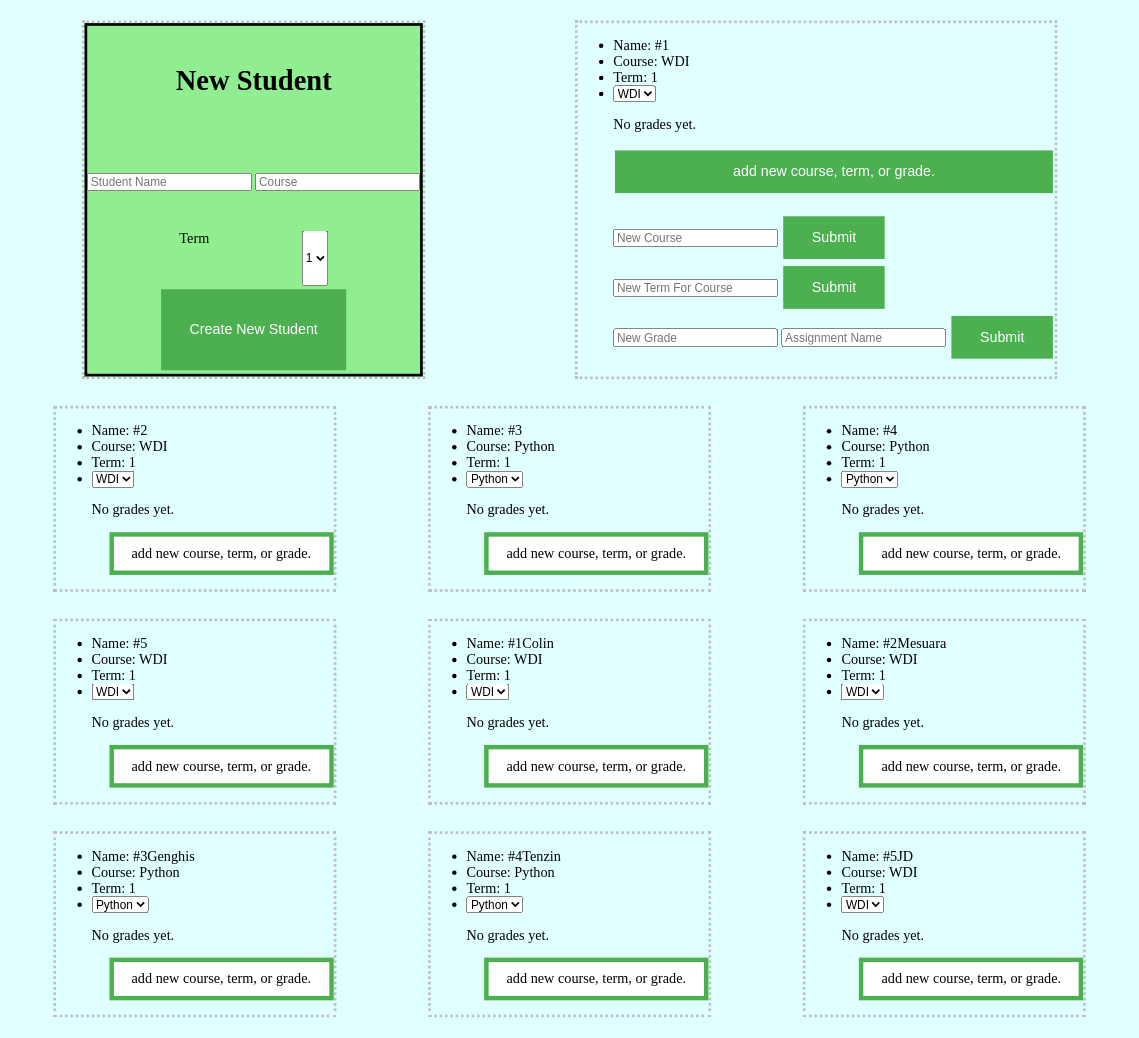
Repository: EdmontDantes/graderaide-fullstack-solution
Page: index.html
These files come from the project's save history. The page is drawn as it stood at one moment and after the next save; the edit follows.
The browser window is 1280 px wide. The pictures show the whole page, at 89% of full size.

Above is the page before, as saved 2020-04-22 11:59:03.
Console error: TypeError: Cannot read properties of null (reading 'addEventListener')

### index.html
<html lang="en">
  <head>
    <title>Graderaide</title>
    <meta charset="UTF-8">
    <meta name="viewport" content="width=device-width, initial-scale=1">
    <link rel="stylesheet" type="text/css" href="style-index.css">
  </head>

  <body>
    <section class="app">
      <section class="student-display">

      <section class="new-student-input">
        <h1 id="text-h1-creation-section">New Student</h1>

        <div id="new-student-input-boxes">
          <!-- <label for="new-student-name">Student Name</label> -->
          <input id="new-student-name-input-box"type="text" class="new-student-name" name="new-student-name" placeholder="Student Name">
          <!-- <label for="new-student-course">Course</label> -->
          <input id="new-student-course-input-box" type="text" class="new-student-course" name="new-student-course" placeholder="Course">
        </div>

        <div id="new-student-input-options"
          <label for="new-student-term">Term</label>
          <select class="new-student-term" name="new-student-term">
            <option value="1">1</option>
            <option value="2">2</option>
            <option value="3">3</option>
          </select>
        </div>
        <section class="new-student-submit">
          <button type="submit" class="new-student-button">Create New Student</button>
        </section>
      </section>
    </section>

      <section class="student-display" id="student-1">
        <ul class="student-info">
          <li>Name: #1</li>
          <li>Course: WDI</li>
          <li>Term: 1</li>
          <li>
            <select class="course-selection">
              <option value="wdi">WDI</option>
            </select>
            <p>No grades yet.</p>
          </li>
          <button type="button" id="show-hide-add-input student-1">add new course, term, or grade.</button>
          <br>
          <div id="data-grades-input student-1">
            <section>
              <!-- <label for="new-course">New Course:</label> -->
              <input type="text" name="new-course" class="new-course" placeholder="New Course">
              <button type="submit" class="submit-new-course">Submit</button>
            </section>
            <section>
              <!-- <label for="new-term">New Term For Course:</label> -->
              <input type="text" name="new-term" class="new-term" placeholder="New Term For Course">
              <button type="submit" class="submit-new-term">Submit</button>
            </section>
            <section>
              <!-- <label for="new-grade">New Grade:</label> -->
              <input type="text" name="new-grade" class="new-grade" placeholder="New Grade">
              <!-- <label for="new-grade-assignment">Assignment Name:</label> -->
              <input type="text" name="new-grade-assignment" class="new-grade-assignment" placeholder="Assignment Name">
              <button type="submit" class="submit-new-grade-assignment">Submit</button>
            </section>
          </div>
        </ul>
      </section>
      <section class="student-display">
        <ul class="student-info">
          <li>Name: #2</li>
          <li>Course: WDI</li>
          <li>Term: 1</li>
          <li>
            <select class="course-selection">
              <option value="wdi">WDI</option>
            </select>
            <p>No grades yet.</p>
          </li><a href="add.html">add new course, term, or grade.</a>
        </ul>
      </section>

      <section class="student-display">
        <ul class="student-info">
          <li>Name: #3</li>
          <li>Course: Python</li>
          <li>Term: 1</li>
          <li>
            <select class="course-selection">
              <option value="python">Python</option>
            </select>
            <p>No grades yet.</p>
          </li><a href="add.html">add new course, term, or grade.</a>
        </ul>
      </section>

      <section class="student-display">
        <ul class="student-info">
          <li>Name: #4</li>
          <li>Course: Python</li>
          <li>Term: 1</li>
          <li>
            <select class="course-selection">
              <option value="python">Python</option>
            </select>
            <p>No grades yet.</p>
          </li><a href="add.html">add new course, term, or grade.</a>
        </ul>
      </section>

      <section class="student-display">
        <ul class="student-info">
          <li>Name: #5</li>
          <li>Course: WDI</li>
          <li>Term: 1</li>
          <li>
            <select class="course-selection">
              <option value="wdi">WDI</option>
            </select>
            <p>No grades yet.</p>
          </li><a href="add.html">add new course, term, or grade.</a>
        </ul>
      </section>

      <section class="student-display">
        <ul class="student-info">
          <li>Name: #1Colin</li>
          <li>Course: WDI</li>
          <li>Term: 1</li>
          <li>
            <select class="course-selection">
              <option value="wdi">WDI</option>
            </select>
            <p>No grades yet.</p>
          </li><a href="add.html">add new course, term, or grade.</a>
        </ul>
      </section>
      <section class="student-display">
        <ul class="student-info">
          <li>Name: #2Mesuara</li>
          <li>Course: WDI</li>
          <li>Term: 1</li>
          <li>
            <select class="course-selection">
              <option value="wdi">WDI</option>
            </select>
            <p>No grades yet.</p>
          </li><a href="add.html">add new course, term, or grade.</a>
        </ul>
      </section>

      <section class="student-display">
        <ul class="student-info">
          <li>Name: #3Genghis</li>
          <li>Course: Python</li>
          <li>Term: 1</li>
          <li>
            <select class="course-selection">
              <option value="python">Python</option>
            </select>
            <p>No grades yet.</p>
          </li><a href="add.html">add new course, term, or grade.</a>
        </ul>
      </section>

      <section class="student-display">
        <ul class="student-info">
          <li>Name: #4Tenzin</li>
          <li>Course: Python</li>
          <li>Term: 1</li>
          <li>
            <select class="course-selection">
              <option value="python">Python</option>
            </select>
            <p>No grades yet.</p>
          </li><a href="add.html">add new course, term, or grade.</a>
        </ul>
      </section>

      <section class="student-display">
        <ul class="student-info">
          <li>Name: #5JD</li>
          <li>Course: WDI</li>
          <li>Term: 1</li>
          <li>
            <select class="course-selection">
              <option value="wdi">WDI</option>
            </select>
            <p>No grades yet.</p>
          </li><a href="add.html">add new course, term, or grade.</a>
        </ul>
      </section>
      </section>
    </section>
    <script src="main.js"></script>
  </body>
</html>

### style-index.css
body {
    background-color: lightcyan;
    display: flex;
    flex-wrap: wrap;
    justify-content: center;
}

.app {
    display: flex;
    flex-direction: row;
    flex-wrap: wrap;
    justify-content: space-around;
}

#text-h1-creation-section {
    display: flex;
    flex-wrap: wrap;
    justify-content: center;
    font-size: 2em;
}

#new-student-input-options {
    display: flex;
    flex-wrap: wrap;
    flex-direction: row;
    justify-content: space-evenly;
}

.new-student-submit {
    display: flex;
    flex-wrap: wrap;
    justify-content: center;
}

.new-student-input {
    display: grid;

    background-color: lightgreen;
    border: 3px solid black;

}
button {
    background-color: #4CAF50;
    border: none;
    color: white;
    padding: 15px 32px;
    text-align: center;
    text-decoration: none;
    display: inline-block;
    font-size: 16px;
    margin: 4px 2px;
    cursor: pointer;
}

.student-display {
    display: flex;
    justify-content: space-around;
    border: 3px dotted #BFC0C0;
    margin: 15px;
}

.student-info {
    display: flex;
    flex-direction: column;
    justify-content: space-evenly;
}

a {
    background-color: white;
    color: black;
    border: 5px solid #4CAF50;
    padding: 10px 20px;
    text-align: center;
    text-decoration: none;
    display: inline-block;
    font-size: 16px;
    margin-left: 20px;
}

### main.js
/******************
 * YOUR CODE HERE *
 ******************/

const Grade = (assignment, score) => {
    return {
        assignment,
        score,
    }
}

const Term = () => {
    return {
    grades: [],

    addGrade: function(assignment, score) {
        const grade = Grade(assignment, score);
        this.grades.push(grade);
    },
    }
}

const Course = (name) => {
    return {
    name,
    terms: [Term()],

    addTerm: function() {
        const term = Term();
        this.terms.push(term);
    }
    }
}

const Student = (name, course, term = 1) => {
    return {
    name,
    course,
    term,
    courses: [Course(course)],

    addCourse: function(course) {
        this.courses.push(Course(course));
        this.course = course;
    },

    getAverage: function(courseToFind = this.course, termIndex = this.term - 1) {
        let foundCourse;
        for (const course of this.courses) {
        if (course.name === courseToFind) {
            foundCourse = course;
        }
        }

        const grades = foundCourse.terms[termIndex].grades;
        if (grades.length === 0) {
        return 'No grades yet.'
        }

        let sum = 0;
        for (const grade of grades) {
        sum += grade.score;
        }

        return sum / grades.length;
    },
    }
}

const btnShowHideAddInputQuery = document.querySelector('#show-hide-add-input');

const dataGradesInputQuery = document.querySelector('#data-grades-input');
const btnShowHideAddInputFunc = () => {
    dataGradesInputQuery.style.display = 'hidden';
}

btnShowHideAddInputQuery.addEventListener('click', btnShowHideAddInputFunc);

After the next save:
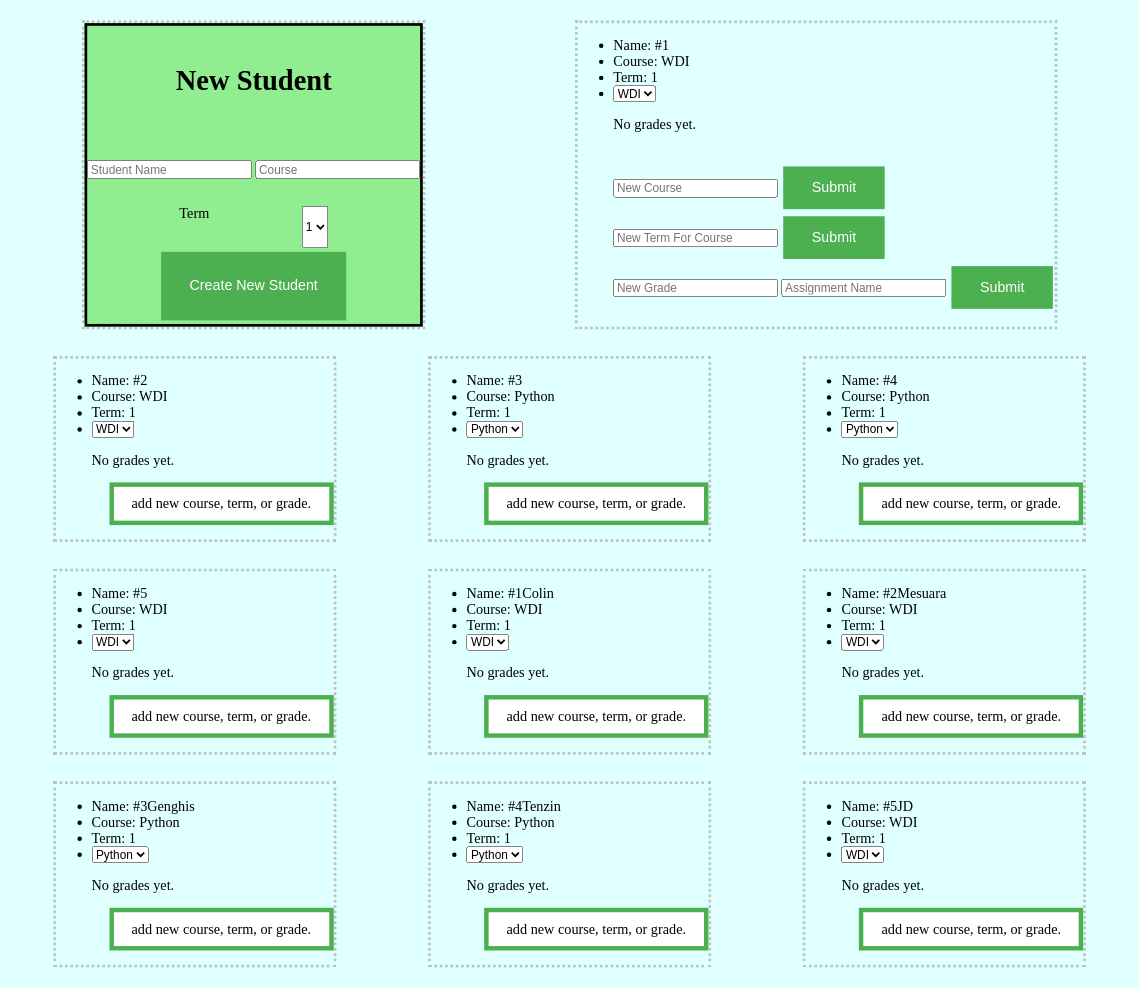
Saved 2 min 44 s later.
--- a/index.html
+++ b/index.html
@@ -45,7 +45,7 @@
             </select>
             <p>No grades yet.</p>
           </li>
-          <button type="button" id="show-hide-add-input student-1">add new course, term, or grade.</button>
+
           <br>
           <div id="data-grades-input student-1">
             <section>
